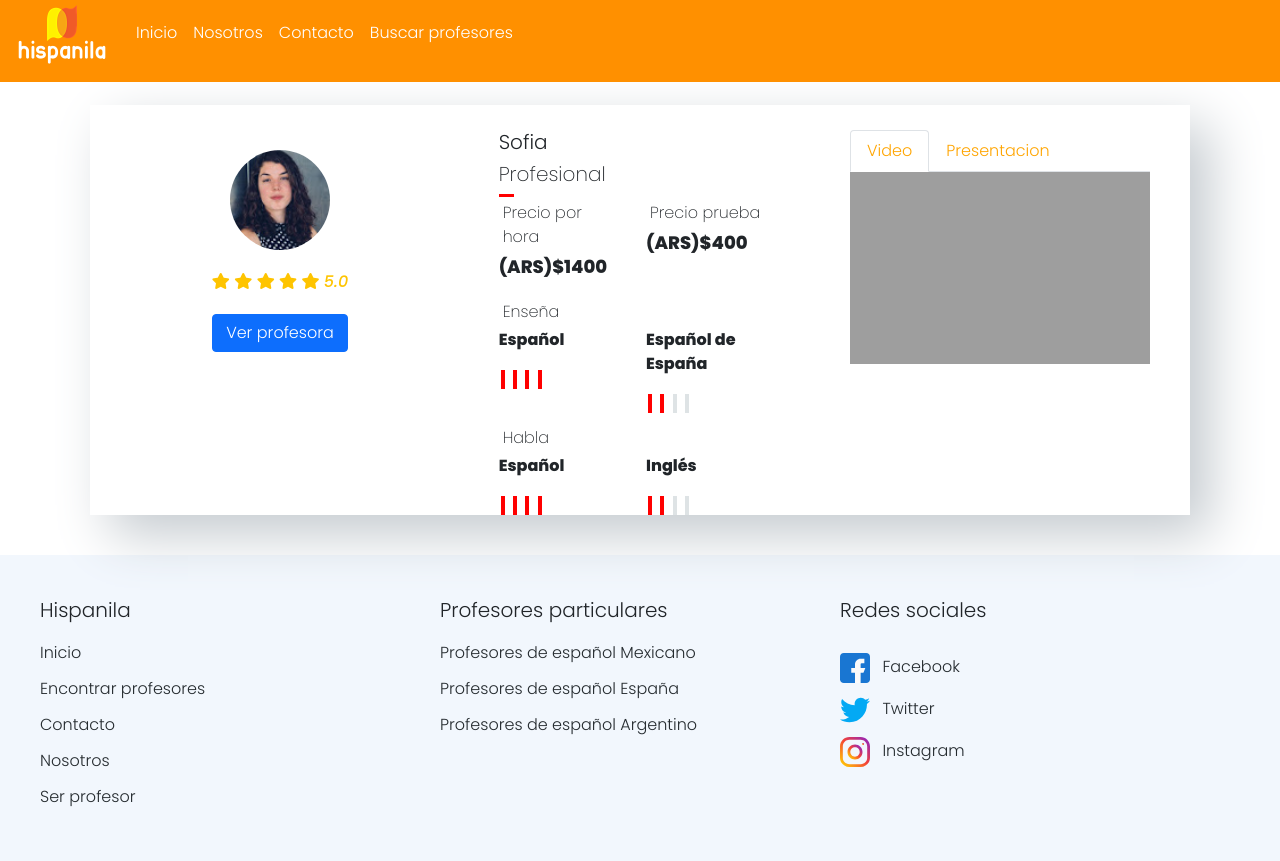
Repository: AgustinGarciaDev/Hispanila
Page: searchteacer.html
An editor plug-in stored every save of this project. The page is shown before and after the next save, followed by the edit.
The browser window is 1280 px wide. The pictures show the whole page.
Pictures or frames that could not be fetched are drawn as grey boxes. Some web libraries are served in a nearby version. The style sheet was rebuilt from its Sass, Less or Tailwind sources for each picture, by a compiler version that may differ from the author's.

Above is the page before, as saved 2021-01-30 10:11:36.

After the next save:
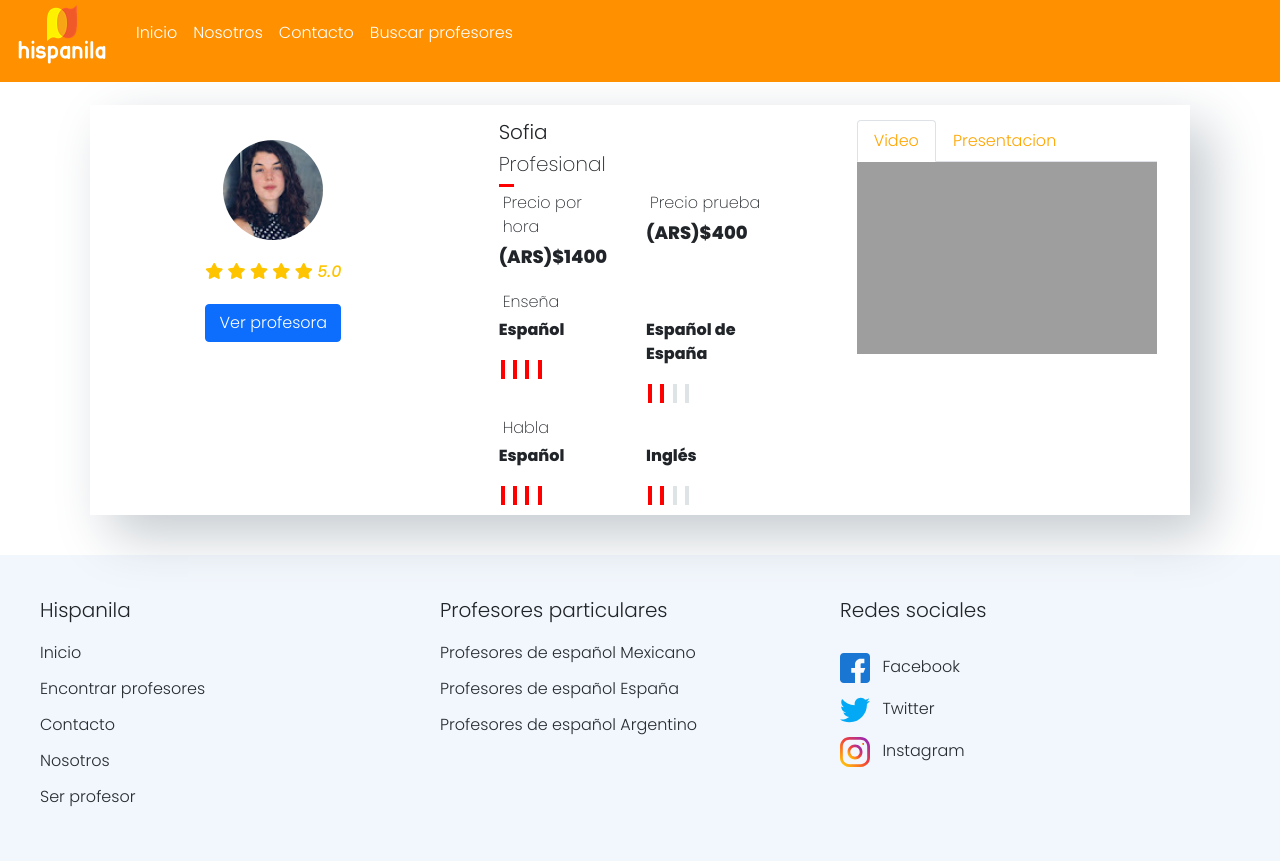
Saved 5 s later.
--- a/scss/_search.scss
+++ b/scss/_search.scss
@@ -17,7 +17,7 @@
     width: 1100px;
     margin-top: 40px;
     margin-bottom: 40px;
-    padding: 25px;
+    padding: 15px;
 }
 
 .teacher__card_content {
